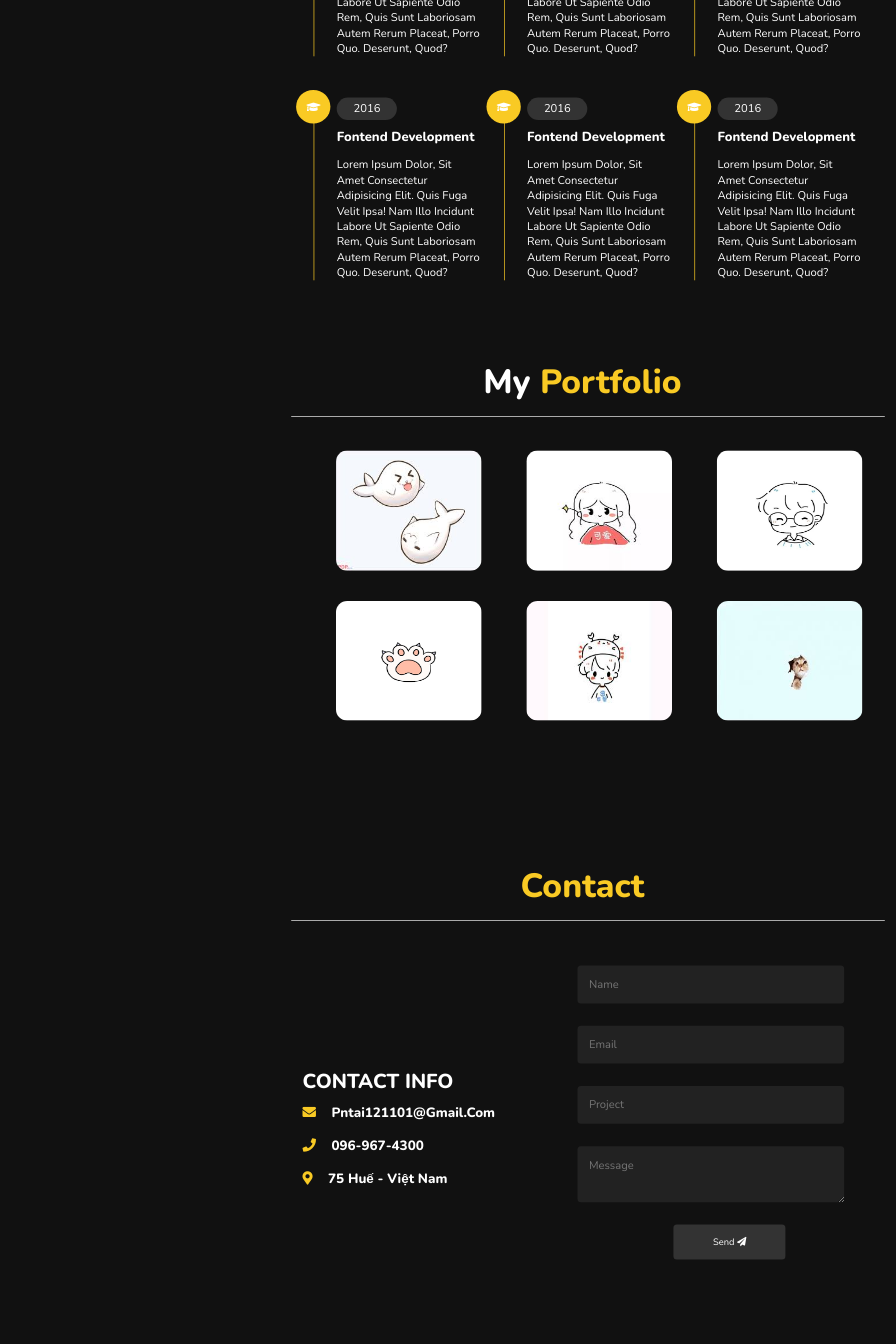
Repository: PCTai/My-profile
Page: index.html
An editor plug-in stored every save of this project. The page is shown before and after the next save, followed by the edit.
The browser window is 1280 px wide. The pictures show the part of the page from y = 1779 to 3699 px (the page is 3699 px tall), at 70% of full size.

Above is the page before, as saved 2022-01-13 10:07:46.

### index.html
<!DOCTYPE html>
<html lang="en">
<head>
    <meta charset="UTF-8">
    <meta http-equiv="X-UA-Compatible" content="IE=edge">
    <meta name="viewport" content="width=device-width, initial-scale=1.0">
    <link rel="preconnect" href="https://fonts.googleapis.com">
    <link rel="preconnect" href="https://fonts.gstatic.com" crossorigin>
    <link href="https://fonts.googleapis.com/css2?family=Nunito:ital,wght@0,400;0,600;0,800;1,200;1,300&display=swap" rel="stylesheet">
    <link rel="stylesheet" href="./assets/font/fontawesome-free-5.15.3-web/css/all.css">

    <link rel="stylesheet" href="./assets/css/style.css">
    <link rel="stylesheet" href="./assets/css/reponsive.css">
    <title>Document</title>
</head>
<body>
    <span class="bg-layer"> </span>
    <!-- Header start -->
    <header>
        <div class="user">
            <img src="./assets/imgs/user.jpg" alt="">
            <h3 class="name">Phan Chi Tai</h3>
            <div class="post">Font End Deverloper</div>
        </div>
        <div class="navbar">
            <ul>
                <li><a href="#home">home</a></li>
                <li><a href="#about">About</a></li>
                <li><a href="#education">Education</a></li>
                <li><a href="#portfolio">Portfolio</a></li>
                <li><a href="#contact">Contact</a></li>
            </ul>
        </div>
    </header>
    <!-- Header end -->
    <div id="menu"class="fas fa-bars">
    </div>
    <!-- start home -->
    <section id="home" class="home">

        <h3>HI THERE !</h3>
        <h1>I!M <span>Phan CHi Tai</span></h1>
        <p>I am in the early twenties. Currently, I am living in Hue. I have been studying graphic design for the past two years at  HUSC. During that time I’ve been working in the design industry as a hobby and also for living. My projects ranged from digital printing to product design</p>
        <a href="#about"> <button class="btn">About me <i class="fas fa-users"></i></button></a>


    </section>
    <!-- end home -->
    <!-- start about -->
    <section id="about" class="about">
        <div class="heading"><h1><span>About</span>Me</h1></div>
        <div class="row">
            <div class="info">
                <h3>Name : <span>Phan Chi Tai</span></h3>
                <h3>Age : <span>20</span></h3>
                <h3>Qualification : <span>BSM</span></h3>
                <h3>Post : <span>Font End Developer</span></h3>
                <h3>Language : <span>Vietnames</span></h3>
                <a href="#about"> <button class="btn">Download CV<i class="fas fa-download"></i></button></a>
            </div>
            <div class="counter">
                <div class="box">
                    <span>100+</span>
                    <br>
                    <h3>projects</h3>
                </div>
                <div class="box">
                    <span>100+</span>
                    <br>
                    <p>projects</p>
                </div>
                <div class="box">
                    <span>100+</span>
                    <br>
                    <h3>projects</h3>
                </div>
                <div class="box">
                    <span>100+</span>
                    <br>
                    <h3>projects</h3>
                </div>
            </div>
        </div>
    </section>

    <!-- end about -->
    <!-- start education -->
    <section id="education" class="education">
        <div class="heading"><h1 >My <span>Education</span></h1></div>
        <div class="container-box">
            <div class="box-e">
                <i class="fas fa-graduation-cap"></i>
                <span>2016</span>
                <h3>Fontend development</h3>
                <p>Lorem ipsum dolor, sit amet consectetur adipisicing elit. Quis fuga velit ipsa! Nam illo incidunt labore ut sapiente odio rem, quis sunt laboriosam autem rerum placeat, porro quo. Deserunt, quod?</p>
            </div>
            <div class="box-e">
                <i class="fas fa-graduation-cap"></i>
                <span>2016</span>
                <h3>Fontend development</h3>
                <p>Lorem ipsum dolor, sit amet consectetur adipisicing elit. Quis fuga velit ipsa! Nam illo incidunt labore ut sapiente odio rem, quis sunt laboriosam autem rerum placeat, porro quo. Deserunt, quod?</p>
            </div>
            <div class="box-e">
                <i class="fas fa-graduation-cap"></i>
                <span>2016</span>
                <h3>Fontend development</h3>
                <p>Lorem ipsum dolor, sit amet consectetur adipisicing elit. Quis fuga velit ipsa! Nam illo incidunt labore ut sapiente odio rem, quis sunt laboriosam autem rerum placeat, porro quo. Deserunt, quod?</p>
            </div>
            <div class="box-e">
                <i class="fas fa-graduation-cap"></i>
                <span>2016</span>
                <h3>Fontend development</h3>
                <p>Lorem ipsum dolor, sit amet consectetur adipisicing elit. Quis fuga velit ipsa! Nam illo incidunt labore ut sapiente odio rem, quis sunt laboriosam autem rerum placeat, porro quo. Deserunt, quod?</p>
            </div>
            <div class="box-e">
                <i class="fas fa-graduation-cap"></i>
                <span>2016</span>
                <h3>Fontend development</h3>
                <p>Lorem ipsum dolor, sit amet consectetur adipisicing elit. Quis fuga velit ipsa! Nam illo incidunt labore ut sapiente odio rem, quis sunt laboriosam autem rerum placeat, porro quo. Deserunt, quod?</p>
            </div>
            <div class="box-e">
                <i class="fas fa-graduation-cap"></i>
                <span>2016</span>
                <h3>Fontend development</h3>
                <p>Lorem ipsum dolor, sit amet consectetur adipisicing elit. Quis fuga velit ipsa! Nam illo incidunt labore ut sapiente odio rem, quis sunt laboriosam autem rerum placeat, porro quo. Deserunt, quod?</p>
            </div>

        </div>
    </section>
    <!-- end education -->

    <!-- start portfolio -->
    <section id="portfolio" class="portfolio">
        <div class="heading"><h1 >My <span>Portfolio</span></h1></div>
        <div class="container-box">
            <div class="box-p">
                <img src="./assets/imgs/image1.jfif" alt="">
            </div>
            <div class="box-p">
                <img src="./assets/imgs/image2.jfif" alt="">
            </div>
            <div class="box-p">
                <img src="./assets/imgs/image3.png" alt="">
            </div>
            <div class="box-p">
                <img src="./assets/imgs/image4.png" alt="">
            </div>
            <div class="box-p">
                <img src="./assets/imgs/image5.jfif" alt="">
            </div>
            <div class="box-p">
                <img src="./assets/imgs/image6.jfif" alt="">
            </div>
        </div>
    </section>
    <!-- end portfolio -->

    <!-- start contact -->
    <section id="contact" class="contact">
        <div class="heading"><h1 ><span>Contact</span></h1></div>
        <div class="row">
            <div class="info info-contact">
                <h1>CONTACT INFO</h1>
                <h3>
                    <i class="fas fa-envelope"></i>
                    <span>pntai121101@gmail.com</span>
                </h3>

                <h3><i class="fas fa-phone"></i>  <span>096-967-4300</span></h3>
                <h3><i class="fas fa-map-marker-alt"></i> <span>75 Huế - Việt Nam</span></h3>


            </div>
            <form action="">
                <input type="text" placeholder="Name" class="box">
                <input type="email" placeholder="Email" class="box">
                <input type="text" placeholder="Project" class="box">
                <textarea name="" id="" cols="30" rows="10" placeholder="Message" class="box"></textarea>
                <button type="submit"><span>Send <i class="fas fa-paper-plane"></i></span></i></button>
            </form>
        </div>

    </section>

    <!-- end contact -->

    <!-- scrolltop button -->
    <a href="#home" class="top-cr">
        <img src="./assets/imgs/roclet.png" alt="">
    </a>
    <script src="./app.js"></script>
</body>
</html>

### assets/css/style.css
:root{
    --yellow: #f9ca24;
}
*{
    font-family: 'Nunito', sans-serif;
    margin: 0;padding: 0;
    box-sizing: border-box;
    text-decoration: none;
    outline: none;border: none;
    text-transform: capitalize;
    transition: all .2s linear;
}
html{
    font-size: 62,5%;
    overflow: hidden;
    overscroll-behavior-y: auto;
    overflow: auto;
}
::selection{
    background-color: var(--yellow);
    color: #333;

}

html::-webkit-scrollbar{
    width: 1.4rem;
}
html::-webkit-scrollbar-track{
    background-color: #333;
}
html::-webkit-scrollbar-thumb{
    background-color: var(--yellow);
}
body{
    padding-left: 25rem;
    background: #111;
}
header{
    position: fixed;
    top: 0;
    left: 0;
    z-index: 1000;
    height: 100%;
    display: flex;
    flex-direction: column;
    justify-content: center;
    align-items: center;
    width: 25rem;
    background-color: #1a1a1a;
}

.user img{
    margin-top: 2rem;
    height: 14rem;
    width: 14rem;
    border-radius: 50%;
    object-fit: cover;
    border: 0.5rem solid var(--yellow);

}
header .user .name{
    text-align: center;
    font-size: 2rem;
    color: #fff;
}
header .user .post{
    text-align: center;
    font-size: 1.5rem;
    color: #eee;
}
header .navbar ul{
    margin-top: 1rem;
    list-style: none;
    padding: 1rem 3rem;
}
header .navbar ul li a:hover{
    background-color: var(--yellow);
}
header .navbar ul li a{
    display: block;
    padding: 0.5rem 6rem;
   margin-bottom: 0.8rem;
   background-color: #333;
   color: #fff;
   font-size: 1.5rem;
   border-radius: 5rem;
   text-align: center;
   cursor: pointer;
}
#menu:hover{
    color: var(--yellow);
}


#menu{
    position: fixed;
    z-index: 1000;
    top: 1rem;
    right: 1rem;
    color: #fff;
    padding: 1rem;
    background-color: #222;
    font-size: 2rem;
    cursor: pointer;
}
section{
    min-height: 100vh;
    padding: 1rem;
}
/* home */
.home{
    font-size: 1.5rem;
    color: #fff;
    display: flex;
    flex-direction: column;
    padding: 0 2rem;
    justify-content: center;
}
.btn:hover{
    background-color: var(--yellow);
    cursor: pointer;
}
.btn{
    padding: 0.5rem 2rem;
    border-radius: 1rem;
    margin-top: 1rem;
    font-weight: bold;
    background-color: #333;
    color: #fff;
}
.home span{
    color: var(--yellow);
    margin-bottom: 2rem;

}
.home h1{
    margin-bottom: 2rem;

}
/* about */
.about , .education,.portfolio,.contact{
    color: #fff;

}
.heading{
    font-size: 2rem;
    text-align: center;
    padding: 1rem;
    border-bottom: 0.1rem solid #eee;

}
.heading span{
    color: var(--yellow);
    padding-right: 1rem;
}
.info{
    flex: 1 1 45%;
    padding: 1rem;
    padding-left: 1rem;

}
.info span{
    color: var(--yellow);
}
.info h3{
    padding: 0.5rem 0;
}
.row{
    margin-top: 2rem;
    display: flex;
    justify-content: center;
    align-items: center;
    flex-wrap: wrap;

}
.counter{
    flex:1 1 55%;
    width: 55%;
    justify-content: center;
    display: flex;
    flex-wrap: wrap;

}
.box{
    background-color: #222;
    width: 7.5rem;
    padding: 2rem 0;
    text-align: center;
    margin: 0.5rem;
    display: flex;
    flex-direction: column;
    align-items: center;
    justify-content: center;

}

/* education */
.container-box{
    padding-left: 2rem;
    margin-top: 3rem;
    display: flex;
    flex-wrap: wrap;

}
.box-e{
    flex:33.33%;
    border-left: 0.1rem solid var(--yellow);
    padding: 0 2rem;
    margin-bottom: 4rem;
    position: relative;
}
.box-e span{
    height: 1rem;
    padding:  0.3rem 1.5rem;
    background-color: #333;
    border-radius: 3rem;
}
.box-e h3{
    margin: 1rem 0;
}
.box-e i{
    position: absolute;
    left: -1.6rem;
    top: -1rem;
    padding: 1rem 0.9rem;
    border-radius: 50%;
    background-color: var(--yellow);
    text-align: center;

}
/* portfolio */
.box-p{
    flex:33.33%;
    padding: 0 2rem;

}
.box-p img{
    width: 100%;
    height: 80%;
    border-radius: 1rem;
}
/* contact */
.contact .row{
    justify-content: space-between;

}
.info-contact{
    font-size: 1.2rem;
    margin-top: 10%;
    flex: 1 44%;
}
.contact form {
    flex: 55%;
    padding-right: 3rem;
}


.info-contact i{
    color: var(--yellow);
    padding-right: 1rem;
    font-size: 1.2rem;

}
.info-contact span{
    color: #fff;
    font-size: 1.2rem;
}
.contact form .box{
    width: 90%;
    padding: 1rem;
    border-radius: 5px;
    text-align: left;
    font-size: 1rem;


}
.contact form textarea{
    height: 5rem;
}

.contact form button{
    width: 10rem;
    padding: 1rem;
    position: relative;
    left: 40%;
    border-radius: 5px;
    background-color: #333;
    color: #fff ;
}
.contact form button :hover{
    color: var(--yellow);
}
/* scroll top */
.top-cr{
    position: fixed;
    bottom: 1rem;
    right: 1rem;
    z-index: 1;
    display: none;
}
.top-cr img{
    width: 4rem;
}

### assets/css/reponsive.css

@media (min-width:1200px){
    #menu{
        display: none;
    }
    .box{
        width: 15rem;
        margin: 2rem;
    }
    html{
        font-size: 100%;
    }
    .about{
        padding: 0 1rem;
    }

}
@media (min-width:1025px){
    #menu{
        display: none;
    }
    .box{
        width: 9rem;
    }
    header{
        left: 0% !important;
    }
    .box-p{
        flex:33.33%;
        padding: 0 2rem;

    }
}
@media (min-width:1024px) and (max-width:1125px){
    .box-e{
        flex:49%;
    }
    .box-p{
        flex:49%;
    }
}
@media (max-width:1025px){
    header{
        left: -125%;
    }
    body{
        padding: 0 2rem;
    }
    #menu{
        display: block;
    }
    .box{
        width: 9rem;
        margin: 1.5rem;
    }
}
@media (max-width:486px){

    section{
        width: 100%;
        font-size: 60%;
        padding: 2rem 0;
        margin: 0;
    }
    header{

        width: 100vw;
    }
    .toggle{
        left: -125% ;
    }
   .info,.counter{
        width: 100%;
   }
   .about{
       font-size: 80%;
   }
   .heading{
       font-size: 1.4rem;
   }
   .box{
    width: 100%;
    margin: 1rem 0;
    }
    .box-p{
        flex: 100% !important;
    }
}

@media (max-width:745px){
    .box-e{
        flex: 100%;
    }

}
@media (max-width:939px){
    .row{
        flex-direction: column;
    }
    .info,.counter{
        width: 100%;
   }
   .box-e{
        flex:49%;
    }
    .box-p{
        flex:49%;
    }
}

### app.js

var menu=document.getElementById('menu');
var header=document.querySelector('header');
menu.onclick=function(e){
    if(this.className=='fas fa-bars'){
        this.classList.remove('fa-bars');
        this.classList.add('fa-times');
        header.style='left:0%';
    }
    else{
        this.classList.remove('fa-times');
        this.classList.add('fa-bars');
        header.style='left:-125%';
    }
};
var section = document.querySelectorAll('section');
for(var i=0 ; i<section.length;i++){
    // console.log(section[i]);
    section[i].onclick =function(){
        if(WidthHTML<='1024'){
            header.style='left:-125%';
            menu.classList.remove('fa-times');
            menu.classList.add('fa-bars');
        }

    }

}
var WidthHTML=document.querySelector('html').offsetWidth;
var navbar = document.querySelectorAll('header .navbar ul li a');
for(var i=0 ; i<navbar.length;i++){
    // console.log(section[i]);
    navbar[i].onclick =function(){
        if(WidthHTML<='1024'){
            header.style='left:-125%';
            menu.classList.remove('fa-times');
            menu.classList.add('fa-bars');
        }

    }

}

var topScroll=document.querySelector('.top-cr');

window.addEventListener("scroll", function (event) {
    var scroll = this.scrollY;
    if(scroll>500){
        topScroll.style='display:inline';
    }else topScroll.style='display:none';
    console.log(scroll)
});

Loaded but not shown: assets/font/fontawesome-free-5.15.3-web/css/all.css (library)

After the next save:
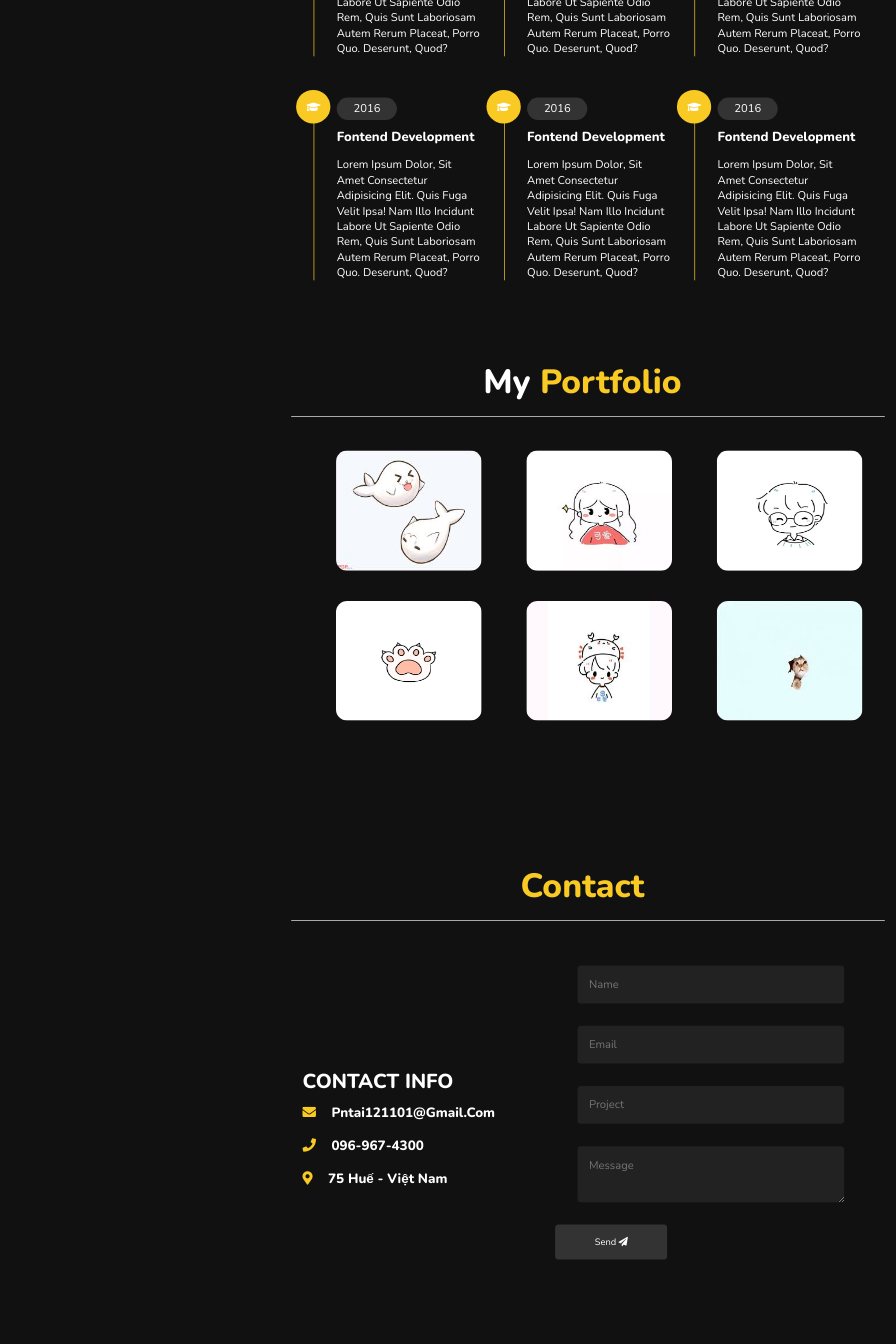
Saved 43 s later.
--- a/assets/css/style.css
+++ b/assets/css/style.css
@@ -281,8 +281,7 @@ section{
 .contact form button{
     width: 10rem;
     padding: 1rem;
-    position: relative;
-    left: 40%;
+
     border-radius: 5px;
     background-color: #333;
     color: #fff ;
